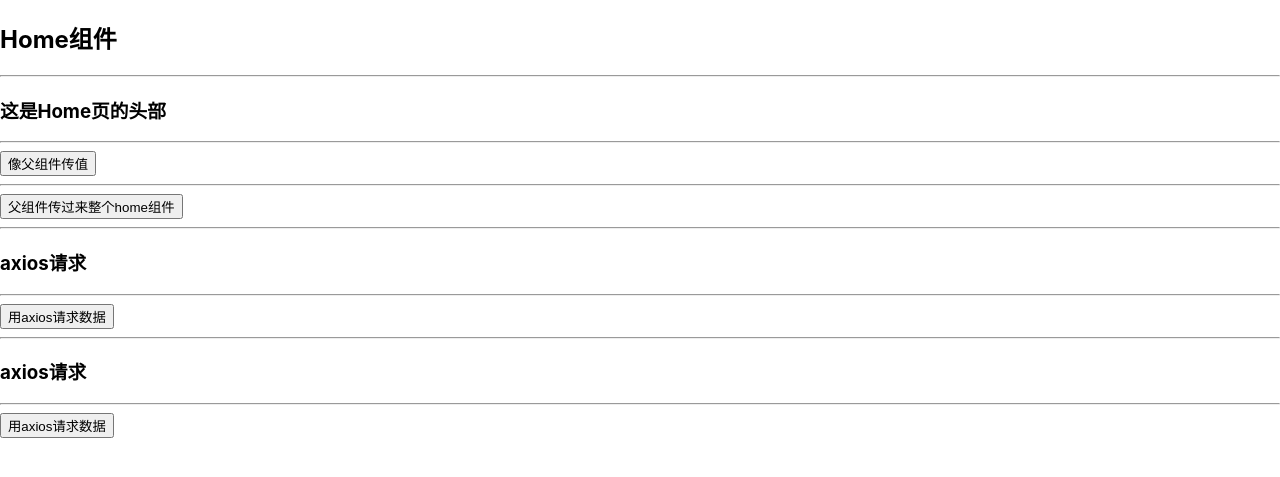
Repository: zhenzhen-gong/react-learning
Page: /menucontent
An editor plug-in stored every save of this project. The page is shown before and after the next save, followed by the edit.
The browser window is 1280 px wide. The pictures show the whole page.
The project was rebuilt for these pictures with package versions that can differ from the ones it lists, and the page was loaded fresh each time.

Above is the page before, as saved 2021-04-18 11:01:47.

After the next save:
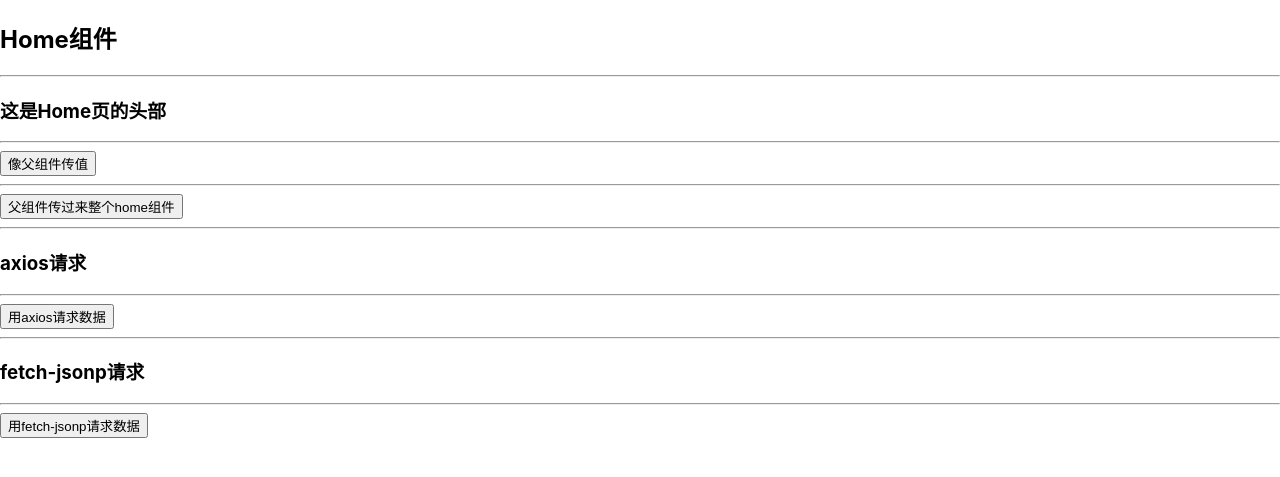
Saved 2 min 18 s later.
--- a/src/component/fetch-jsonp.js
+++ b/src/component/fetch-jsonp.js
@@ -24,9 +24,9 @@ class FetchJsonp extends Component {
   render() {
     return (
         <div>
-           <h3>axios请求</h3>
+           <h3>fetch-jsonp请求</h3>
            <hr />
-           <button onClick={this.getData}>用axios请求数据</button>
+           <button onClick={this.getData}>用fetch-jsonp请求数据</button>
         </div>
     );
   }
